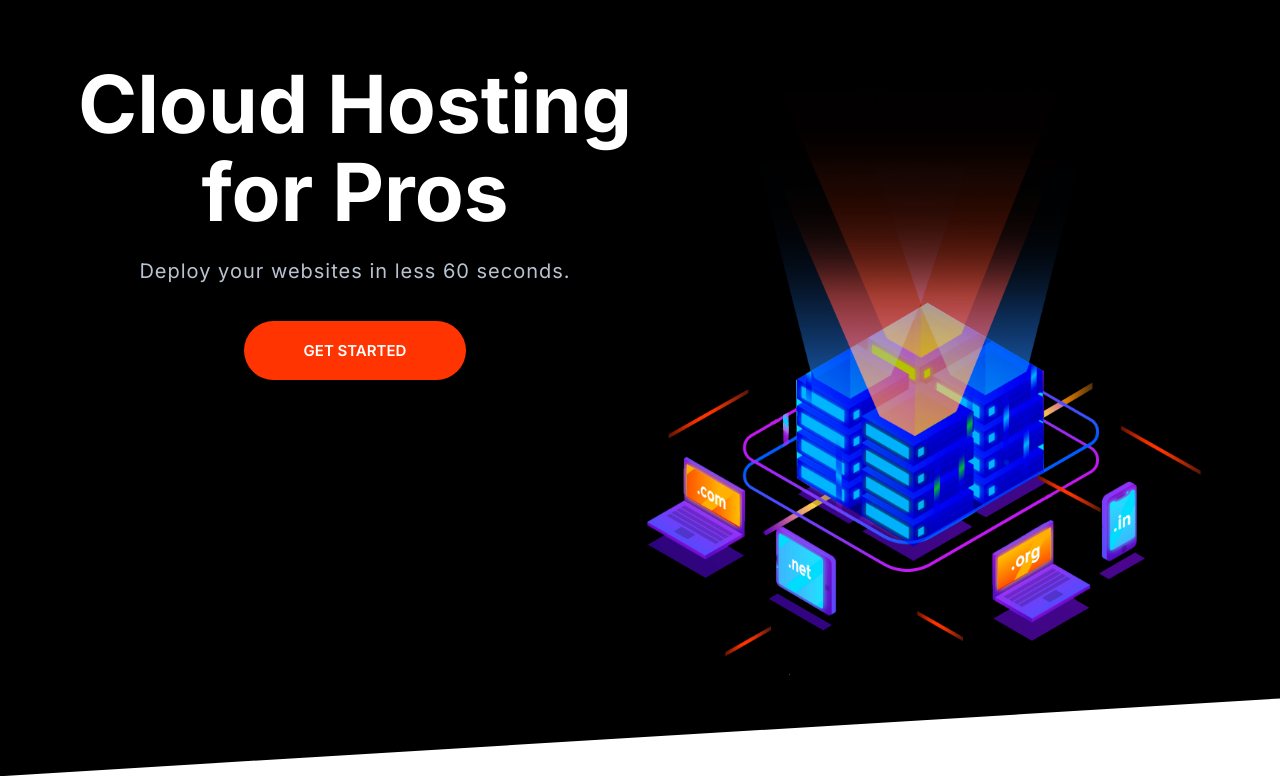
Repository: LeonUIO/first_website
Page: index.html
The author's editor kept a copy of each file at every save. The page is drawn from the files as they stood at one save, then again after a run of saves.
The browser window is 1280 px wide. The pictures show the whole page.

Above is the page before, as saved 2021-04-10 16:13:54.

After the next 3 saves:
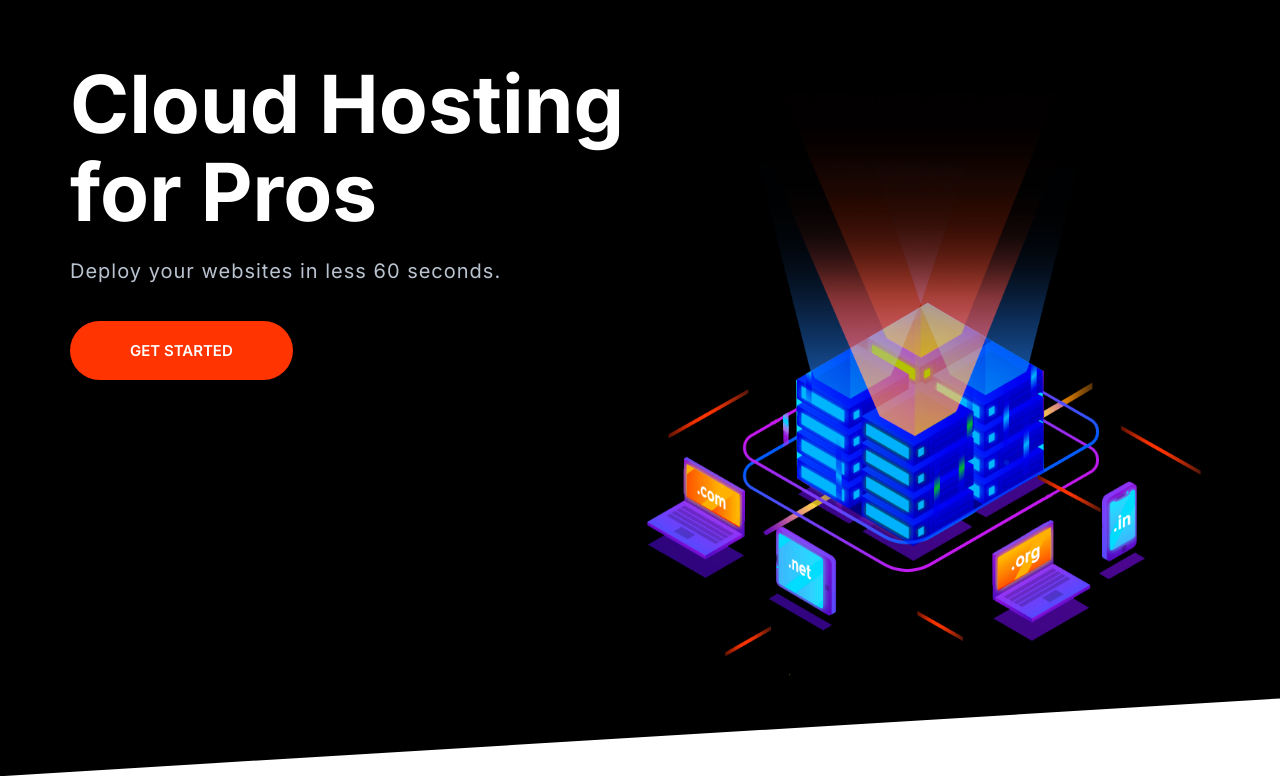
The 3 saves are shown as one change because they came seconds apart.
The last was saved 8 s later.
--- a/css/styles.css
+++ b/css/styles.css
@@ -689,8 +689,8 @@
   width: 100%;
 }
 
-@media screen and (min-width:768px) {
+@media screen and (min-width: 768px) {
   .hero__content {
-
-  }
-}
+    text-align: left;
+  }
+}
